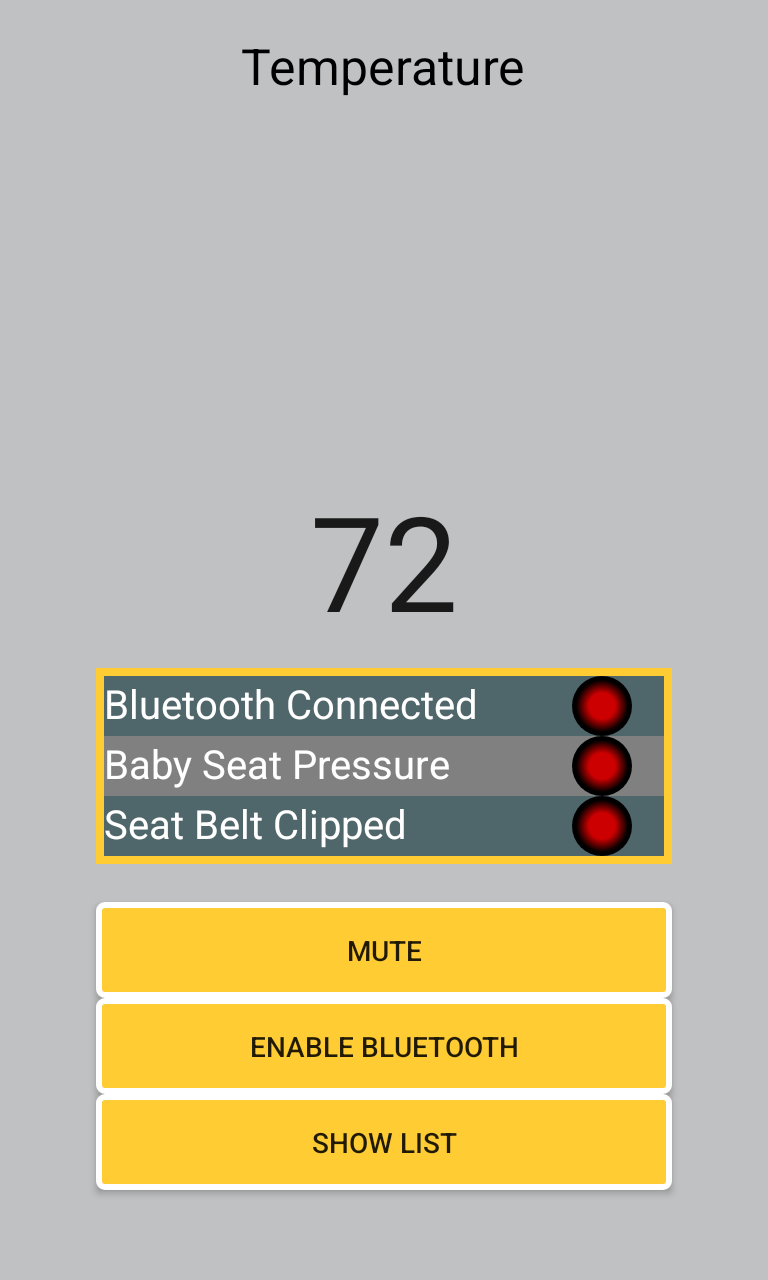
Repository: kqbright/Senior_Design2_Baby_Saver_Android_App
Layout: AppWorkspace/BabyCarTest/res/layout/activity_main.xml
The author's editor kept a copy of each file at every save. The layout is drawn from the files as they stood at one save, then again after the next save.
It is drawn on a 768 x 1280 px phone screen (xhdpi) without system bars, with theme AppTheme; the app's code is not run.

Above is the layout before, as saved 2014-12-01 03:02:24.

After the next save:
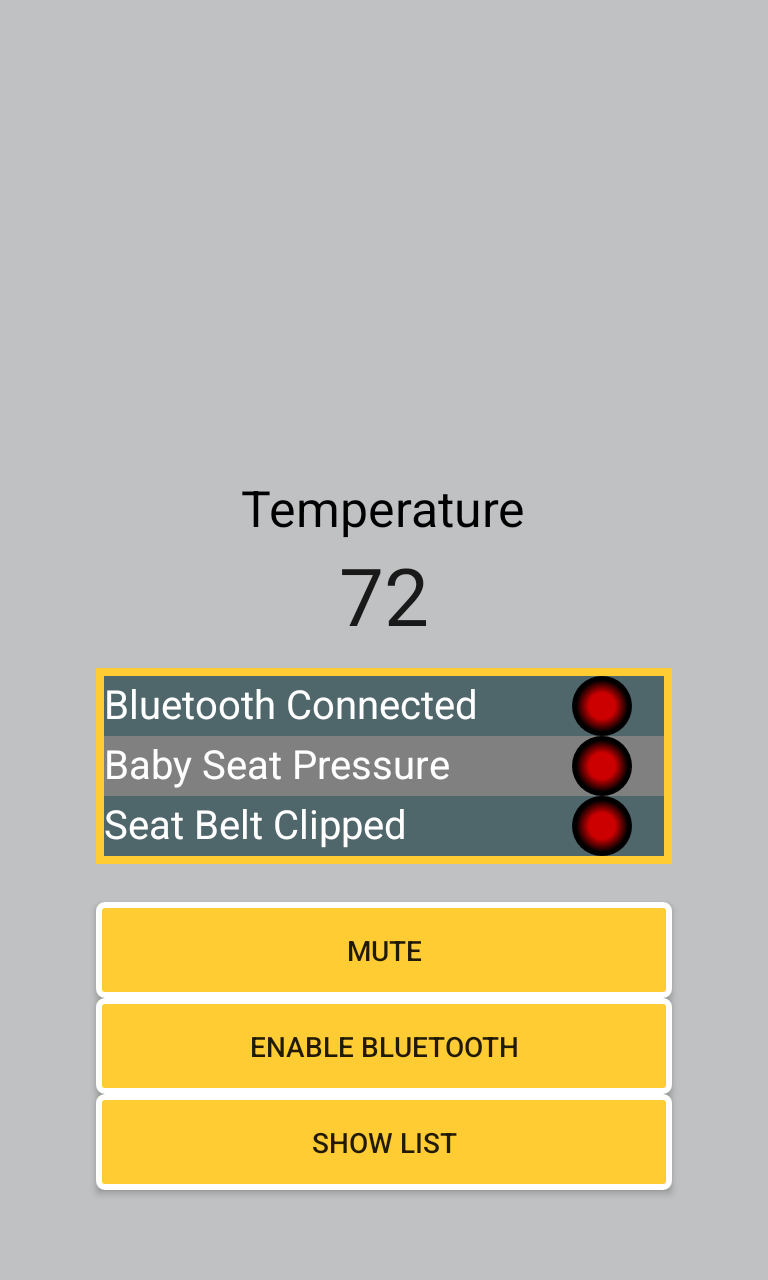
Saved 47 s later.
--- a/AppWorkspace/BabyCarTest/res/layout/activity_main.xml
+++ b/AppWorkspace/BabyCarTest/res/layout/activity_main.xml
@@ -99,18 +99,6 @@
         </TableRow>
     </TableLayout>
 
-    <TextView
-        android:id="@+id/textView2"
-        android:layout_width="wrap_content"
-        android:layout_height="wrap_content"
-        android:layout_above="@+id/imageView1"
-        android:layout_centerHorizontal="true"
-        android:layout_marginBottom="21dp"
-        android:text="@string/temp_lbl"
-        android:textAppearance="?android:attr/textAppearanceLarge"
-        android:textColor="@color/black"
-        android:textSize="25sp" />
-
     <Button
         android:id="@+id/button4"
         android:layout_width="wrap_content"
@@ -139,6 +127,17 @@
         android:layout_marginBottom="10dp"
         android:text="@string/temp"
         android:textAppearance="?android:attr/textAppearanceLarge"
-        android:textSize="66sp" />
+        android:textSize="40sp" />
+
+    <TextView
+        android:id="@+id/textView2"
+        android:layout_width="wrap_content"
+        android:layout_height="wrap_content"
+        android:layout_above="@+id/tempValue"
+        android:layout_centerHorizontal="true"
+        android:text="@string/temp_lbl"
+        android:textAppearance="?android:attr/textAppearanceLarge"
+        android:textColor="@color/black"
+        android:textSize="25sp" />
 
 </RelativeLayout>
